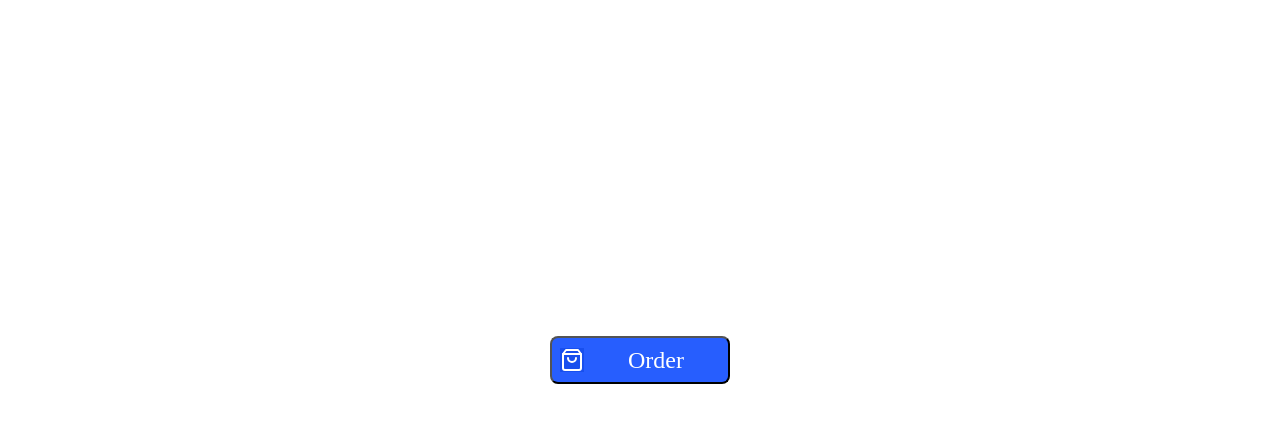
Repository: hjubsoni/hex-ocean-task
Page: /
The author's editor kept a copy of each file at every save. The page is drawn from the files as they stood at one save, then again after the next save.
The browser window is 1280 px wide. The pictures show the whole page.
The project was rebuilt for these pictures with package versions that can differ from the ones it lists, and the page was loaded fresh each time. Also part of the build but not shown: vite.config.ts.

Above is the page before, as saved 2023-03-20 21:28:53.

### index.html
<!DOCTYPE html>
<html lang="en">
  <head>
    <meta charset="UTF-8" />
    <link rel="icon" type="image/svg+xml" href="/vite.svg" />
    <meta
      name="viewport"
      content="width=device-width, initial-scale=1.0"
    />
    <title>Vite + React + TS</title>
  </head>
  <body>
    <div id="root"></div>
    <script type="module" src="/src/main.tsx"></script>
  </body>
</html>

### src/App.tsx
import './App.css';
import { ShoppingBag } from 'react-feather';

function App() {
  return (
    <div className="wrapper">
      <button className="order-button">
        <div className="icon-wrapper">
          <ShoppingBag color="white" />
        </div>
        <span className="order-button-text">Order</span>
      </button>
    </div>
  );
}

export default App;

### src/index.css
*,
*::before,
*::after {
  box-sizing: border-box;
}

* {
  margin: 0;
}

html,
body,
#root {
  height: 100%;
}

body {
  line-height: 1.5;
  -webkit-font-smoothing: antialiased;
}

img,
picture,
video,
canvas,
svg {
  display: block;
  max-width: 100%;
}

input,
button,
textarea,
select {
  font: inherit;
}

p,
h1,
h2,
h3,
h4,
h5,
h6 {
  overflow-wrap: break-word;
}

#root,
#__next {
  isolation: isolate;
}

### src/App.css
.wrapper {
  height: 100%;
  display: flex;
  justify-content: center;
  align-items: center;
}

.order-button {
  display: flex;
  width: 180px;
  align-items: center;
  padding: 4px 8px;
  gap: 8px;
  border-radius: 8px;
  background: #275efe;
  cursor: pointer;
}

.order-button-text {
  font-size: 1.5rem;
  color: white;
  margin-left: auto;
  margin-right: auto;
}

.icon-wrapper {
  animation-duration: 2s;
  background-color: #184fee;
}

.order-button:hover > .icon-wrapper {
  animation-name: bounce;
  animation-timing-function: cubic-bezier(0.28, 0.84, 0.42, 1);
}
@keyframes bounce {
  0% {
    transform: scale(1, 1) translateY(0);
  }
  10% {
    transform: scale(1.1, 0.9) translateY(0);
  }
  30% {
    transform: scale(0.9, 1.1) translateY(-7px);
  }
  50% {
    transform: scale(1.05, 0.95) translateY(0);
  }
  57% {
    transform: scale(1, 1) translateY(-2px);
  }
  64% {
    transform: scale(1, 1) translateY(0);
  }
  100% {
    transform: scale(1, 1) translateY(0);
  }
}

Loaded but not shown: src/main.tsx (common file)

After the next save:
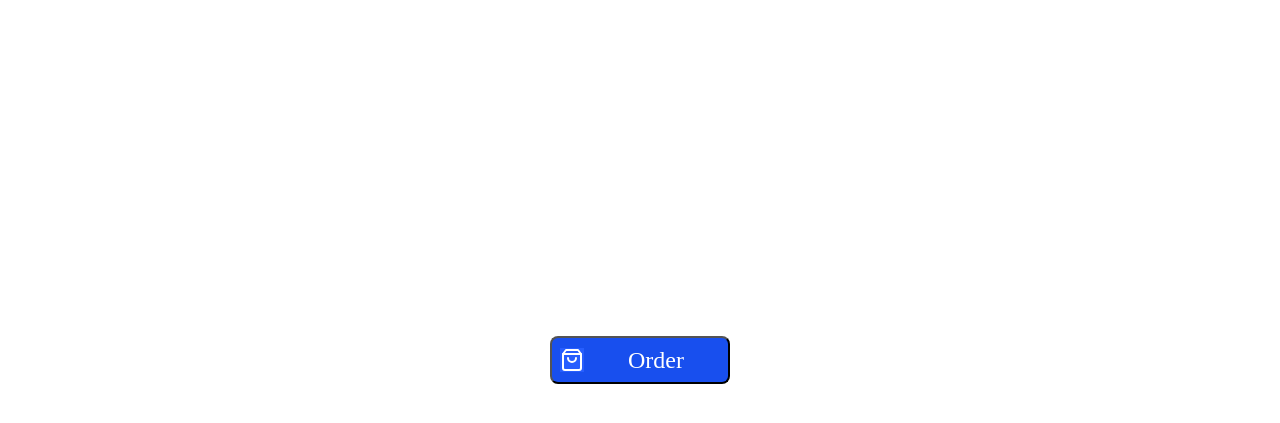
Saved 20 s later.
--- a/src/App.css
+++ b/src/App.css
@@ -12,7 +12,7 @@
   padding: 4px 8px;
   gap: 8px;
   border-radius: 8px;
-  background: #275efe;
+  background: #184fee;
   cursor: pointer;
 }
 
@@ -25,7 +25,7 @@
 
 .icon-wrapper {
   animation-duration: 2s;
-  background-color: #184fee;
+  background-color: #275efe;
 }
 
 .order-button:hover > .icon-wrapper {
